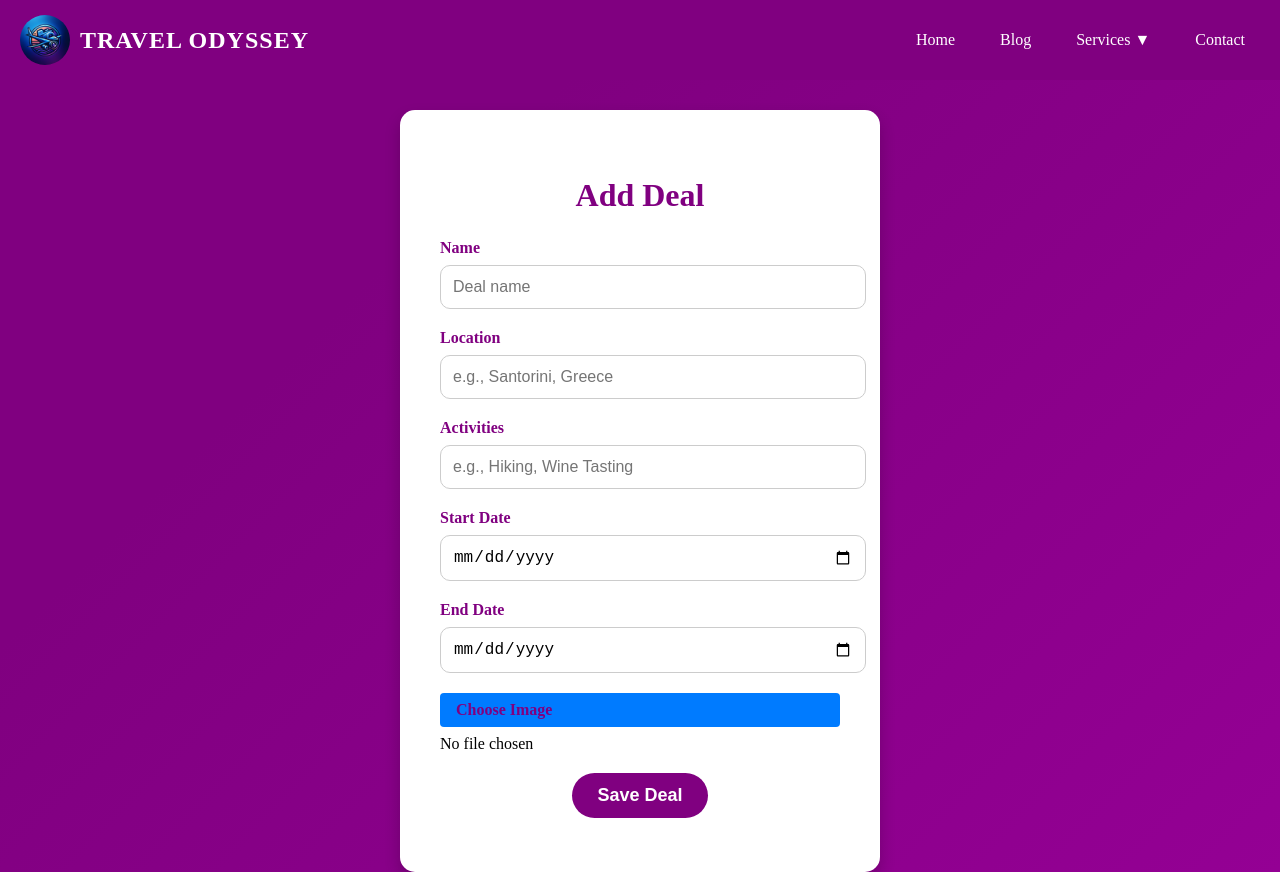
Repository: GHzPhoenix/Project-Odyssey
Page: Frontend/admin.html
These files come from the project's save history. The page is drawn as it stood at one moment and after the next save; the edit follows.
The browser window is 1280 px wide. The pictures show the whole page.

Above is the page before, as saved 2025-06-08 23:32:13.

After the next save:
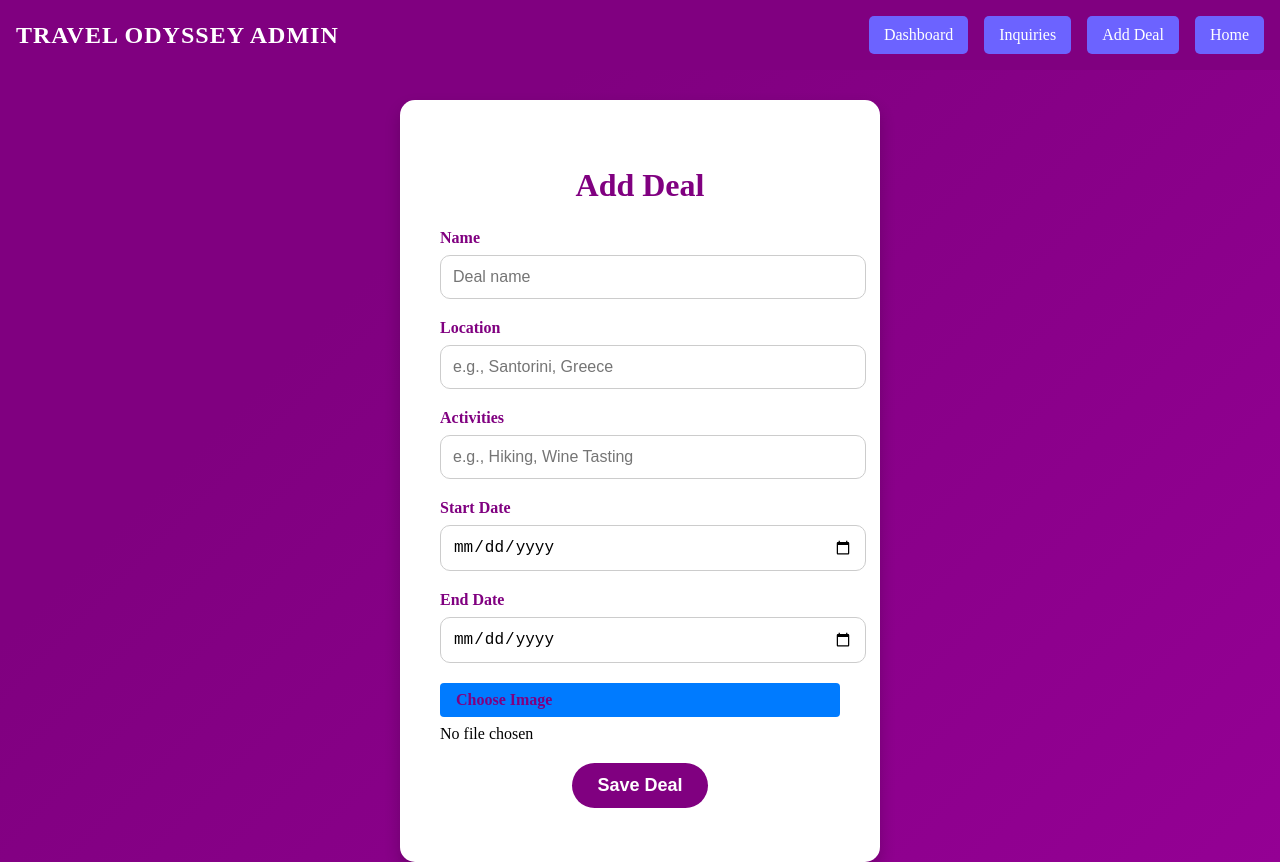
Saved 112 s later.
--- a/Frontend/admin.html
+++ b/Frontend/admin.html
@@ -6,6 +6,7 @@
     <title>Admin – Add Deal</title>
     <link rel="stylesheet" href="/Frontend/css/login.css" />
     <style>
+      /* message styles */
       #deal-message {
         margin-top: 0.75rem;
         font-size: 0.9rem;
@@ -16,6 +17,8 @@
       #deal-message.success {
         color: #0b6623;
       }
+
+      /* file input button */
       .file-input-label {
         display: inline-block;
         padding: 0.5rem 1rem;
@@ -31,32 +34,48 @@
       input[type="file"] {
         display: none;
       }
+
+      /* nav tweaks */
+      header nav {
+        background: purple;
+        padding: 1rem;
+      }
+      header nav .logo {
+        color: white;
+        font-weight: bold;
+      }
+      header nav ul {
+        list-style: none;
+        margin: 0;
+        padding: 0;
+        display: flex;
+        gap: 1rem;
+      }
+      header nav a {
+        color: white;
+        text-decoration: none;
+        padding: 0.5rem 1rem;
+        border-radius: 4px;
+        background: #6c63ff;
+        transition: background 0.2s;
+      }
+      header nav a:hover {
+        background: #5950d4;
+      }
+
+      /* keep rest of your existing styles */
     </style>
   </head>
+
   <body>
     <header>
       <nav>
-        <div class="logo">
-          <img src="/Frontend/assets/your-logo.png" alt="Logo" />
-          Travel Odyssey
-        </div>
-        <button class="menu-toggle" onclick="toggleMenu()">
-          <div></div>
-          <div></div>
-          <div></div>
-        </button>
+        <div class="logo">Travel Odyssey Admin</div>
         <ul class="nav-menu">
+          <li><a href="admin-dashboard.html">Dashboard</a></li>
+          <li><a href="inquiries.html">Inquiries</a></li>
+          <li><a href="add-deal.html">Add Deal</a></li>
           <li><a href="index.html">Home</a></li>
-          <li><a href="city.html">Blog</a></li>
-          <li class="dropdown-parent">
-            <a href="#">Services ▼</a>
-            <div class="dropdown">
-              <a href="membership.html">Memberships</a>
-              <a href="dream.html">Plan your Trip</a>
-              <a href="client-area.html">Client Area</a>
-            </div>
-          </li>
-          <li><a href="contact.html">Contact</a></li>
         </ul>
       </nav>
     </header>
@@ -119,18 +138,15 @@
       const fileInput = document.getElementById("image_file");
       const fileChosen = document.getElementById("file-chosen");
       fileInput.addEventListener("change", () => {
-        if (fileInput.files.length) {
-          fileChosen.textContent = fileInput.files[0].name;
-        } else {
-          fileChosen.textContent = "No file chosen";
-        }
+        fileChosen.textContent = fileInput.files.length
+          ? fileInput.files[0].name
+          : "No file chosen";
       });
 
       document
         .getElementById("deal-form")
         .addEventListener("submit", async (e) => {
           e.preventDefault();
-
           const msgEl = document.getElementById("deal-message");
           msgEl.textContent = "";
           msgEl.className = "";
@@ -138,60 +154,49 @@
           const name = document.getElementById("name").value.trim();
           const location = document.getElementById("location").value.trim();
           const activities = document.getElementById("activities").value.trim();
-          const startDate = document.getElementById("start_date").value;
-          const endDate = document.getElementById("end_date").value;
-
-          if (!name || !location || !activities || !startDate || !endDate) {
+          const start_date = document.getElementById("start_date").value;
+          const end_date = document.getElementById("end_date").value;
+
+          if (!name || !location || !activities || !start_date || !end_date) {
             msgEl.textContent = "Please fill out all required fields.";
             msgEl.classList.add("error");
             return;
           }
-
-          if (fileInput.files.length === 0) {
+          if (!fileInput.files.length) {
             msgEl.textContent = "Please choose an image file.";
             msgEl.classList.add("error");
             return;
           }
-          const file = fileInput.files[0];
+
+          // read image as DataURL
           const reader = new FileReader();
-          const imagePromise = new Promise((resolve, reject) => {
-            reader.onerror = () => {
-              reader.abort();
-              reject(new Error("Problem reading image file."));
-            };
-            reader.onload = () => {
-              resolve(reader.result);
-            };
+          const imageDataUrl = await new Promise((res, rej) => {
+            reader.onerror = () => rej("Error reading file");
+            reader.onload = () => res(reader.result);
+            reader.readAsDataURL(fileInput.files[0]);
+          }).catch((err) => {
+            msgEl.textContent = err;
+            msgEl.classList.add("error");
           });
-          reader.readAsDataURL(file);
-
-          let imageDataUrl = "";
-          try {
-            imageDataUrl = await imagePromise;
-          } catch (err) {
-            msgEl.textContent = "Failed to read image file. Try again.";
-            msgEl.classList.add("error");
-            return;
-          }
+          if (!imageDataUrl) return;
 
           const payload = {
             name,
             location,
             activities,
-            start_date: startDate,
-            end_date: endDate,
+            start_date,
+            end_date,
             image_url: imageDataUrl,
           };
-
           const token = localStorage.getItem("token");
           if (!token) {
-            msgEl.textContent = "No token found. Please log in as admin first.";
+            msgEl.textContent = "No token found. Log in as admin first.";
             msgEl.classList.add("error");
             return;
           }
 
           try {
-            const response = await fetch("http://127.0.0.1:5001/api/deals", {
+            const res = await fetch("http://127.0.0.1:5001/api/deals", {
               method: "POST",
               headers: {
                 "Content-Type": "application/json",
@@ -199,18 +204,17 @@
               },
               body: JSON.stringify(payload),
             });
-            const data = await response.json();
-            if (!response.ok) {
-              throw new Error(data.error || "Failed to save deal");
-            }
+            const data = await res.json();
+            if (!res.ok) throw new Error(data.error || "Failed to save deal");
+
             msgEl.textContent = "Deal saved successfully!";
             msgEl.classList.add("success");
             e.target.reset();
             fileChosen.textContent = "No file chosen";
           } catch (err) {
-            console.error("Save deal error:", err);
             msgEl.textContent = err.message;
             msgEl.classList.add("error");
+            console.error(err);
           }
         });
     </script>
